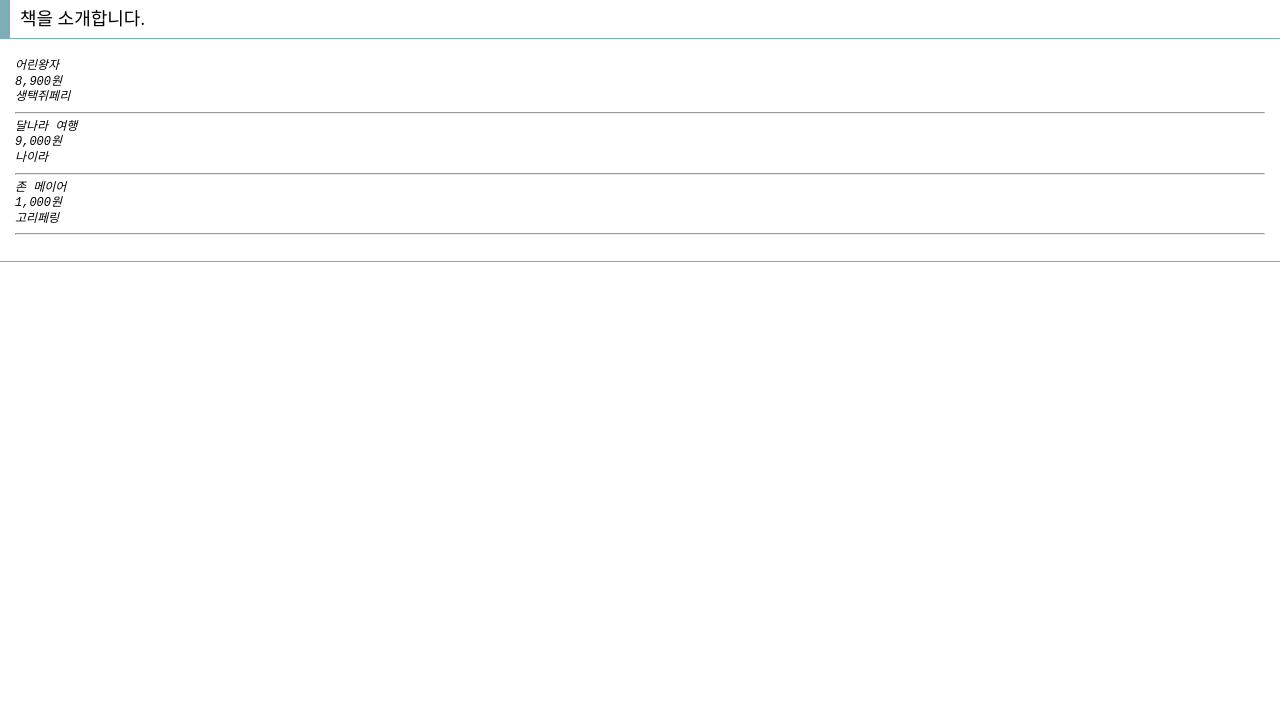
Repository: jigudeong-i/backenddeveloper
Page: firstExample/src/main/webapp/ajaxExample/load_xml.html
An editor plug-in stored every save of this project. The page is shown before and after the next save, followed by the edit.
The browser window is 1280 px wide. The page is 1280 px wide, then 1288 px, so the pictures cover 1288 px, including what lies to the right of the window. The pictures show the whole page.

Above is the page before, as saved 2025-07-21 01:35:40.

### firstExample/src/main/webapp/ajaxExample/load_xml.html
<!DOCTYPE html>
<html lang="ko">
	<head>
		<meta charset="UTF-8">
		<meta name="viewport" content="width=device-width, initial-scale=1">
		<title>book introduce</title>
		<link href="../image/icon.png" rel="icon" type="image/x-con" />

		<link rel="stylesheet" href="../css/reset.css"/>
		<link rel="stylesheet" href="../css/common.css"/>
	</head>
	<body>
		<h1 class="title">책을 소개합니다.</h1>
		<div class="console" id="result"></div>
		<script src="../js/jquery-3.7.1.min.js"></script>
		<script>
			$.ajax({
				url: '/firstExample/ajax/xml/book.xml',
				method: 'get',
				dataType: 'xml'
			}).done(function(data){
				$("#result").html("");
				$(data).find("bookInfo").each(function(){
					let title= $(this).find("title").text();
					let price= $(this).find("price").text();
					let author= $(this).find("author").text();

					let div= $("<div>");
					let p1= $("<p>").html(title);
					let p2= $("<p>").html(price);
					let p3= $("<p>").html(author);

					div.append(p1).append(p2).append(p3);
					$("#result").append(div);
					$("#result").append("<hr />");
				});
			}).fail(function(xhr, textStatus){
				$("#result").html(textStatus + " (HTTP-" + xhr.status + ")");
			});
		</script>
	</body>
</html>

### firstExample/src/main/webapp/css/common.css
html, body {
	width: 100%;
	height: 100%;
}
/* 페이지 제목을 표현.*/
h1.title {
	font-size: large;
	border-left: 10px solid #7BAEB5;
	border-bottom: 1px solid #7BAEB5;
	padding: 10px;
	width: auto;
	background-color: #fff;
}
/* 예제 실행을 위한 버튼이나 링크 배치하는 영역 표현.*/
div.exec, div.console {
	padding: 20px 15px;
	border-bottom: 1px solid #7BAEB5;
}
/* 결과 출력을 위한 영역 표현.*/
div.console {
	font-family: 'Courier New';
	font-size: 12px;
	font-style: italic;
	line-height: 130%;
}
/* 예제 화면을 구성하기 위한 영역 표현.*/
div.example {
	padding: 10px 30px;
}

Loaded but not shown: firstExample/src/main/webapp/css/reset.css (common file); firstExample/src/main/webapp/js/jquery-3.7.1.min.js (library)

After the next save:
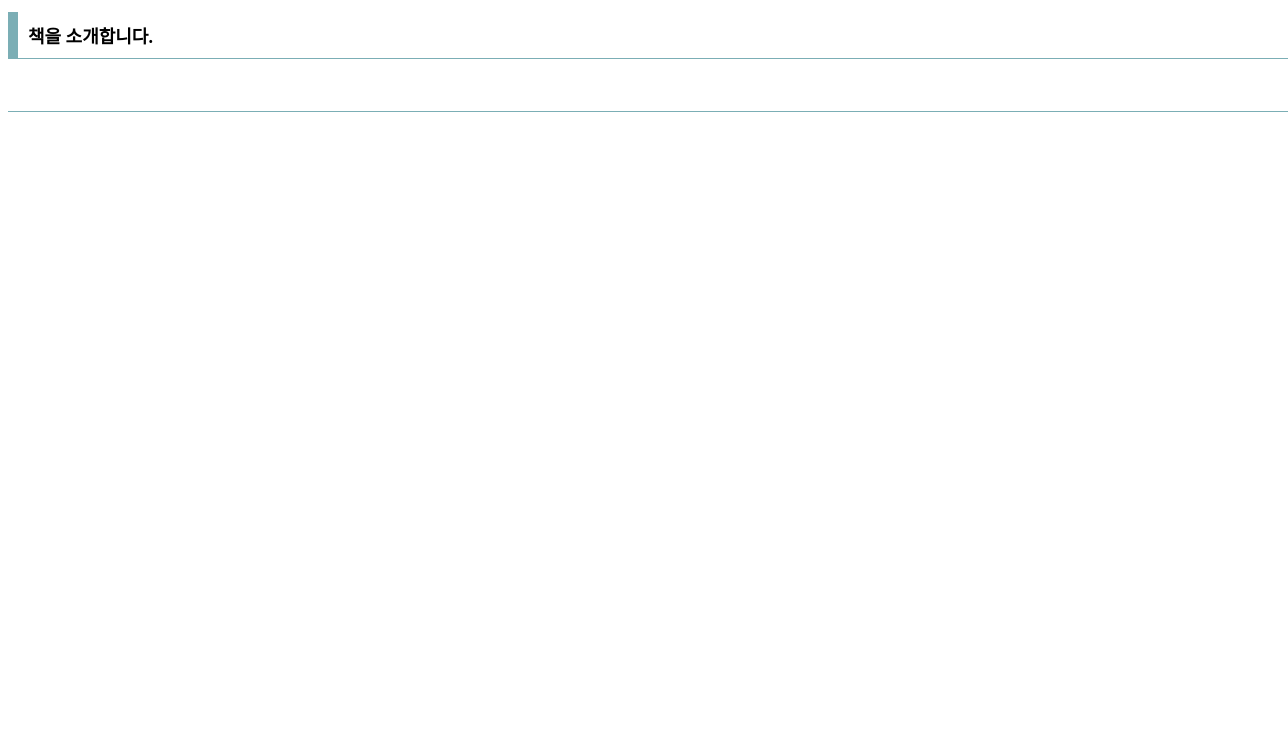
Console error: SyntaxError: Unexpected token ')'
Saved 35 min 18 s later.
--- a/firstExample/src/main/webapp/ajaxExample/load_xml.html
+++ b/firstExample/src/main/webapp/ajaxExample/load_xml.html
@@ -6,7 +6,6 @@
 		<title>book introduce</title>
 		<link href="../image/icon.png" rel="icon" type="image/x-con" />
 
-		<link rel="stylesheet" href="../css/reset.css"/>
 		<link rel="stylesheet" href="../css/common.css"/>
 	</head>
 	<body>
@@ -14,13 +13,16 @@
 		<div class="console" id="result"></div>
 		<script src="../js/jquery-3.7.1.min.js"></script>
 		<script>
-			$.ajax({
+			/*$.ajax({
 				url: '/firstExample/ajax/xml/book.xml',
 				method: 'get',
 				dataType: 'xml'
-			}).done(function(data){
+			}).done(function(data){     // 매개변수?
 				$("#result").html("");
 				$(data).find("bookInfo").each(function(){
+
+					console.log($(this).index());
+
 					let title= $(this).find("title").text();
 					let price= $(this).find("price").text();
 					let author= $(this).find("author").text();
@@ -36,7 +38,24 @@
 				});
 			}).fail(function(xhr, textStatus){
 				$("#result").html(textStatus + " (HTTP-" + xhr.status + ")");
+			});*/
+
+
+
+			$.get('/firstExample/ajax/xml/book.xml'), function(data){
+				$(data).finc('book').each(function(){
+					let title= $(this).find("title").text();
+					let price= $(this).find("author").text();
+					let author = $(this).find("price").text();
+
+					let txt = $("<li>").html(title + ", " + author + ", " + price)
+					$('#view').append(txt);
+				});
+			}).fail(function(xhr, textStatus){
+				$("#result").html(textStatus + " (HTTP-" + xhr.status + ")");
 			});
+
+
 		</script>
 	</body>
 </html>

After the 4 saves that followed:
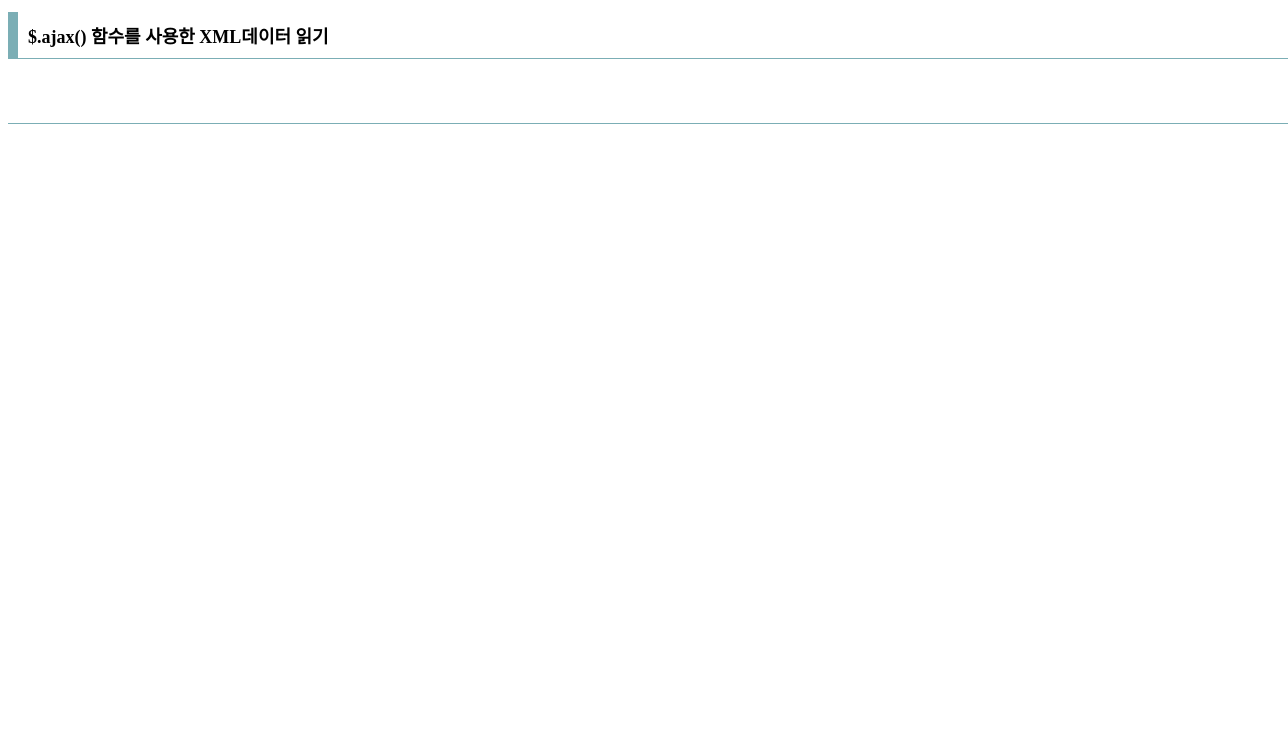
The error is gone.
The 4 saves are shown as one change because 3 left the picture as it was.
The last was saved 3 min 51 s later.
--- a/firstExample/src/main/webapp/ajaxExample/load_xml.html
+++ b/firstExample/src/main/webapp/ajaxExample/load_xml.html
@@ -1,61 +1,66 @@
 <!DOCTYPE html>
+<!--
+[요구사항]
+1. book.xml 생성. (여러분이 좋아하는 책정보로 정의해 주세요. 책제목 등....)
+2. load_xml.html 파일 생성.
+3. 버튼 클릭 시가 아니라 현재 페이지가 로딩 후 바로 책정보가 화면에 보이도록 설정해 주세요.
+ -->
 <html lang="ko">
 	<head>
-		<meta charset="UTF-8">
-		<meta name="viewport" content="width=device-width, initial-scale=1">
-		<title>book introduce</title>
-		<link href="../image/icon.png" rel="icon" type="image/x-con" />
+		<meta charset="utf-8" />
+		<meta name="viewport" content="width=device-width, initial-scale=1.0">
+		<title>ajax - load_xml.html</title>
+		<link href="../image/icon.png" rel="icon" type="image/x-icon" />
 
 		<link rel="stylesheet" href="../css/common.css"/>
 	</head>
 	<body>
-		<h1 class="title">책을 소개합니다.</h1>
-		<div class="console" id="result"></div>
+		<h1 class="title">$.ajax() 함수를 사용한 XML데이터 읽기</h1>
+		<div class="console" id="result">
+			<ul id="view"></ul>
+		</div>
+
 		<script src="../js/jquery-3.7.1.min.js"></script>
 		<script>
-			/*$.ajax({
+			$.ajax({
 				url: '/firstExample/ajax/xml/book.xml',
 				method: 'get',
 				dataType: 'xml'
-			}).done(function(data){     // 매개변수?
-				$("#result").html("");
-				$(data).find("bookInfo").each(function(){
+			}).done(function (data) {
+				$(data).find('book').each(function(){
+					console.log($(this).index());
+					let no = $(this).index()+1;
+					let title = $(this).find("title").text();
+					let author = $(this).find("author").text();
+					let price = $(this).find("price").text();
 
-					console.log($(this).index());
-
-					let title= $(this).find("title").text();
-					let price= $(this).find("price").text();
-					let author= $(this).find("author").text();
-
-					let div= $("<div>");
-					let p1= $("<p>").html(title);
-					let p2= $("<p>").html(price);
-					let p3= $("<p>").html(author);
-
-					div.append(p1).append(p2).append(p3);
-					$("#result").append(div);
-					$("#result").append("<hr />");
-				});
-			}).fail(function(xhr, textStatus){
-				$("#result").html(textStatus + " (HTTP-" + xhr.status + ")");
-			});*/
-
-
-
-			$.get('/firstExample/ajax/xml/book.xml'), function(data){
-				$(data).finc('book').each(function(){
-					let title= $(this).find("title").text();
-					let price= $(this).find("author").text();
-					let author = $(this).find("price").text();
-
-					let txt = $("<li>").html(title + ", " + author + ", " + price)
+					let txt = $("<li>").html(no + " - " + title + ", " + author + "저자(글), "+ price );
 					$('#view').append(txt);
 				});
-			}).fail(function(xhr, textStatus){
+			}).fail(function(xhr, textStatus) {
+				 //통신이 실패했을 때 실행되는 함수.
 				$("#result").html(textStatus + " (HTTP-" + xhr.status + ")");
 			});
 
+			/* get() 함수로 접근
+			   $.get(요청할 url, 요청시 전달할 파라미터, 콜백함수) <-정상적으로 호출 시 호출함수
+			   .fail(콜백함수)<- 실패시 호출 함수
+			   같은 서버에 위치하고 있는 데이터를 요청하기 때문에 ../ajax/xml/book.xml 가능하다.
+			   하지만 다른 위치에서 접근시 경로가 달라져야 하기 때문에 uri 요청을 권장한다 */
 
+			$.get('/firstExample/ajax/xml/book.xml',function(data) {
+				$(data).find('book').each(function(){
+					let title = $(this).find("title").text();
+					let author = $(this).find("author").text();
+					let price = $(this).find("price").text();
+
+					let txt = $("<li>").html(title + ", " + author + ", "+ price );
+					$('#view').append(txt);
+				});
+			}).fail(function(xhr, status) {
+			    $("#result").html("오류가 발생했습니다.<br />").append("상태: " + status);
+			});
 		</script>
+
 	</body>
 </html>
